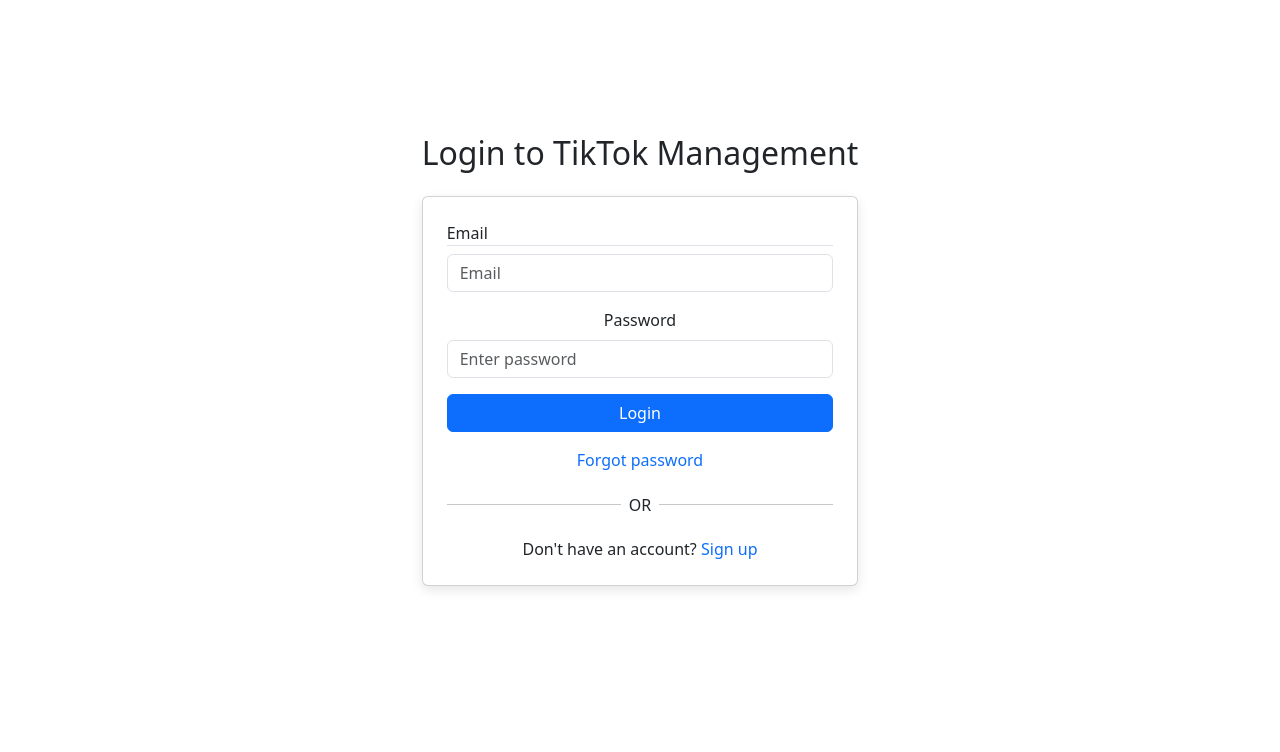
Repository: chaolaolo/tikcrm-fe
Page: /
These files come from the project's save history. The page is drawn as it stood at one moment and after the next save; the edit follows.
The browser window is 1280 px wide. The pictures show the whole page.
The project was rebuilt for these pictures with package versions that can differ from the ones it lists, and the page was loaded fresh each time. Also part of the build but not shown: vite.config.ts, src/pages/Home/Settings.tsx, src/pages/Home/HomePage.tsx. Imported but missing from the stored project, and not drawn on this page: src/pages/Home/Dashboard, src/pages/Register/RegisterPage.

Above is the page before, as saved 2025-05-22 21:27:29.

After the next save:
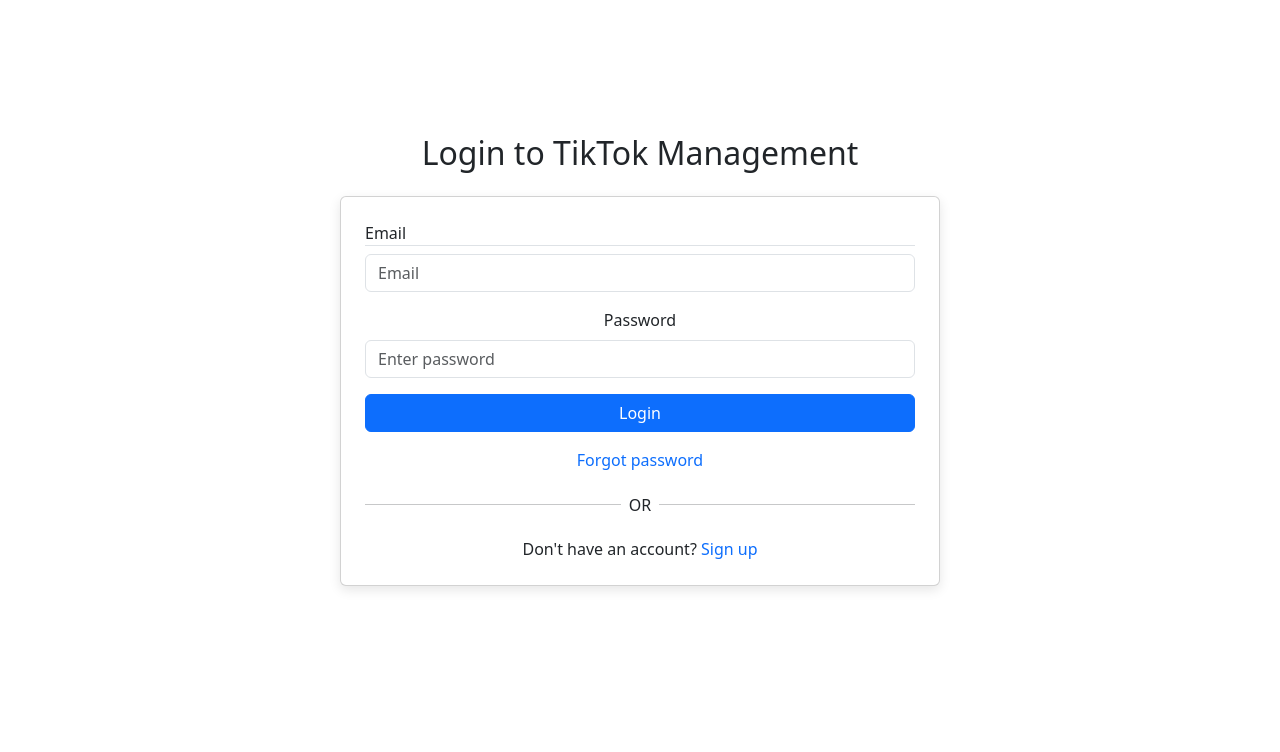
Saved 31 s later.
--- a/src/pages/Auth/LoginPage.tsx
+++ b/src/pages/Auth/LoginPage.tsx
@@ -6,7 +6,7 @@
     <div className="container d-flex justify-content-center align-items-center" style={{ minHeight: '100vh' }}>
       <div>
         <h2 className="text-center mb-4">Login to TikTok Management</h2>
-        <div className="card p-4" style={{ width: '100%', maxWidth: '600px', boxShadow: '0 4px 12px rgba(0, 0, 0, 0.1)' }}>
+        <div className="card p-4" style={{ width: '100%', maxWidth: '600px', minWidth: '600px', boxShadow: '0 4px 12px rgba(0, 0, 0, 0.1)' }}>
           <form>
             <div className="mb-3">
               <label htmlFor="email" className="form-label text-left border-bottom w-100">Email</label>

After the save that followed:
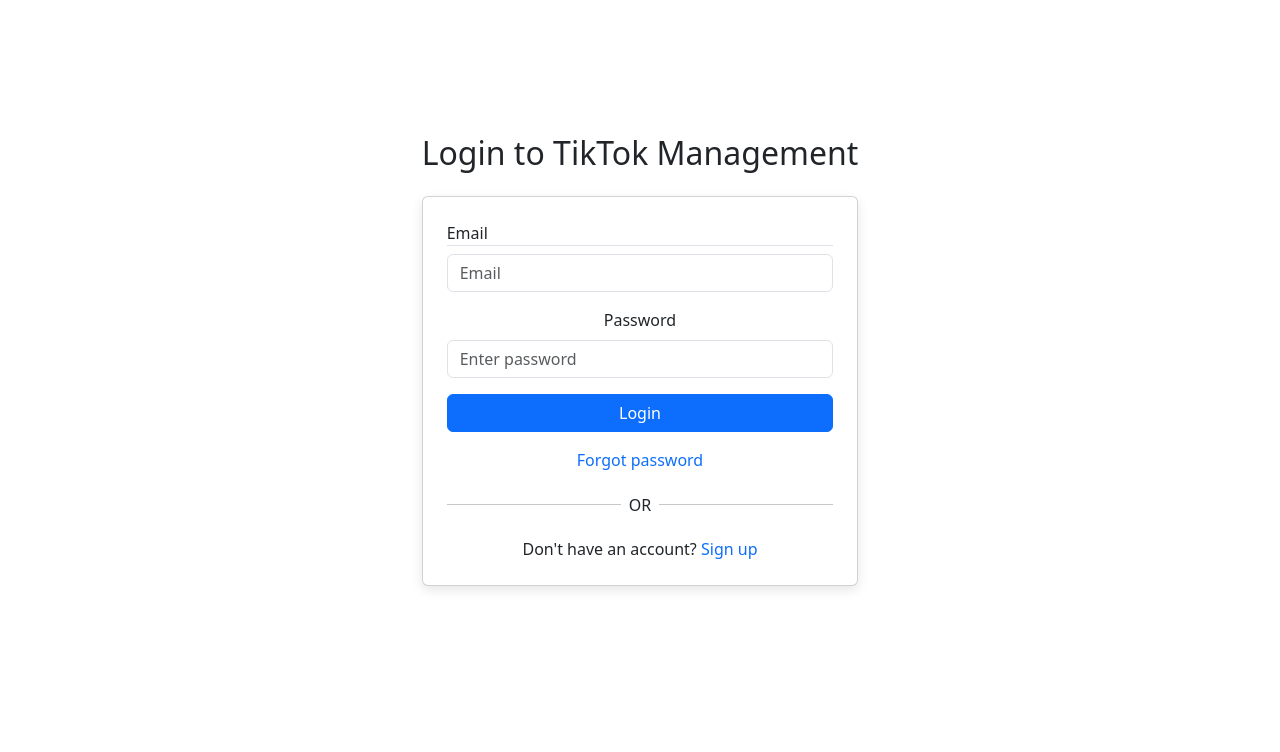
Saved 8 s later.
--- a/src/pages/Auth/LoginPage.tsx
+++ b/src/pages/Auth/LoginPage.tsx
@@ -6,7 +6,7 @@
     <div className="container d-flex justify-content-center align-items-center" style={{ minHeight: '100vh' }}>
       <div>
         <h2 className="text-center mb-4">Login to TikTok Management</h2>
-        <div className="card p-4" style={{ width: '100%', maxWidth: '600px', minWidth: '600px', boxShadow: '0 4px 12px rgba(0, 0, 0, 0.1)' }}>
+        <div className="card p-4" style={{ width: '100%', maxWidth: '600px', minWidth: '50%', boxShadow: '0 4px 12px rgba(0, 0, 0, 0.1)' }}>
           <form>
             <div className="mb-3">
               <label htmlFor="email" className="form-label text-left border-bottom w-100">Email</label>
